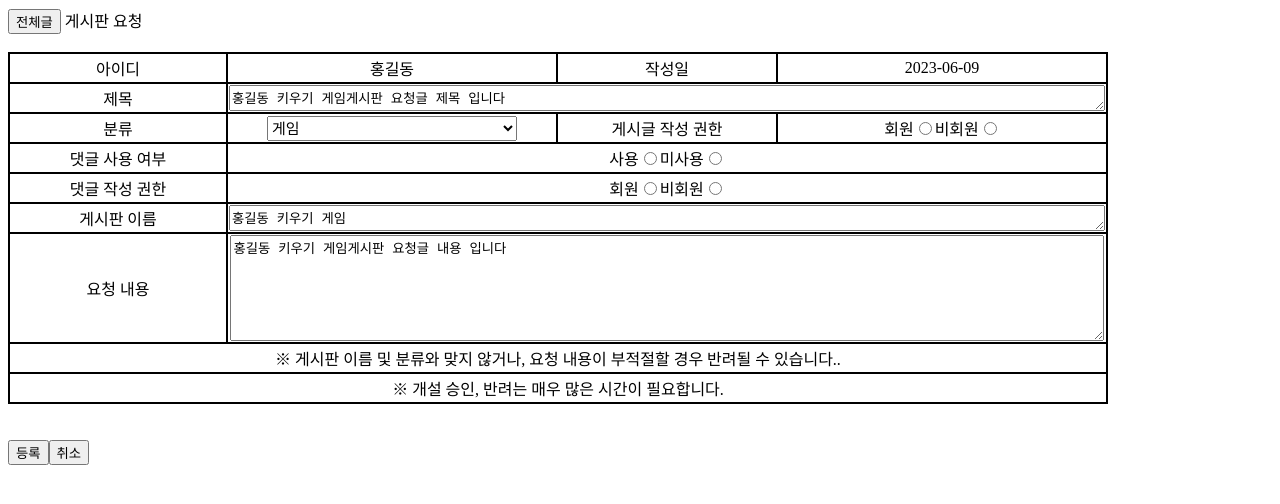
Repository: LJzero-dev/java-study
Page: http://localhost/ktbwos/bbs/request_view.jsp
An editor plug-in stored every save of this project. The page is shown before and after the next save, followed by the edit.
The browser window is 1280 px wide. The pictures show the whole page.
The page is served by Tomcat 9. Other server files are loaded and not shown.

Above is the page before, as saved 2023-06-11 11:05:51.

### web/ktbwos/WebContent/bbs/request_view.jsp
<%@ page language="java" contentType="text/html; charset=UTF-8" pageEncoding="UTF-8"%>
<!DOCTYPE html PUBLIC "-//W3C//DTD HTML 4.01 Transitional//EN" "http://www.w3.org/TR/html4/loose.dtd">
<html>
<head>
<meta http-equiv="Content-Type" content="text/html; charset=UTF-8">
<style>
	a:link { color:black; text-decoration:none; }
	a:visited { color:black; text-decoration:none; }
	a:hover { color:black; text-decoration:underline; }
	table, th, td {
	border:2px solid black;
	border-collapse : collapse;
	}
	tr { height:30px;}
	th { background-color:#5B9BD5; color:white;}
	td { text-align:center;}
</style>
<title>Insert title here</title>
</head>
<body>

<div width="1100">
<input type="button" value="전체글">  게시판 요청<br /><br />
<form action="">
	<table width="1100" >
		<tr>
			<td width="20%">아이디</td>
			<td width="30%">홍길동</td>
			<td width="20%">작성일</td>
			<td width="30%">2023-06-09</td>
		</tr>
		<tr>
			<td>제목</td>
			<td colspan="3"><textarea style="width:870px; height:20px">홍길동 키우기 게임게시판 요청글 제목 입니다</textarea></td>
		</tr >
		<tr>
			<td>분류</td>
			<td>
				<select name="rl_ctgr" style="width:250px; height:25px; font-size:15px;">
					<option value="a" >게임</option>
					<option value="b" >연예</option>
					<option value="c" >스포츠</option>
				</select>
			</td>
			<td>게시글 작성 권한</td>
			<td><label>회원<input type="radio" name="rl_write" value="y" /></label><label>비회원<input type="radio" name="rl_write" value="n" /></label></td>
		</tr>
		<tr>
			<td>댓글 사용 여부</td>
			<td colspan="3"><label>사용<input type="radio" name="rl_reply_use" value="y" /></label><label>미사용<input type="radio" name="rl_reply_use" value="n" /></label>
            </td>
		</tr>

		<tr>
			<td>댓글 작성 권한</td>
			<td colspan="3"><label>회원<input type="radio" name="rl_reply_write" value="y" /></label><label>비회원<input type="radio" name="rl_reply_write" value="n" /></label>
            </td>
		</tr>

		<tr>
			<td>게시판 이름</td>
			<td colspan="3"><textarea style="width:870px; height:20px">홍길동 키우기 게임</textarea></td>
		</tr>
		<tr>
			<td>요청 내용</td>
			<td colspan="3"><textarea style="width:99%; height:100px">홍길동 키우기 게임게시판 요청글 내용 입니다</textarea></td>
		</tr>
		<tr>
			<td colspan="4">※ 게시판 이름 및 분류와 맞지 않거나, 요청 내용이 부적절할 경우 반려될 수 있습니다..</td>
		</tr>
		<tr>
			<td colspan="4">※ 개설 승인, 반려는 매우 많은 시간이 필요합니다.</td>
		</tr>
	</table><br /><br />
	<input type="submit" value="등록"><input type="button" value="취소">
</form>
</div>
</body>
</html>

After the next save:
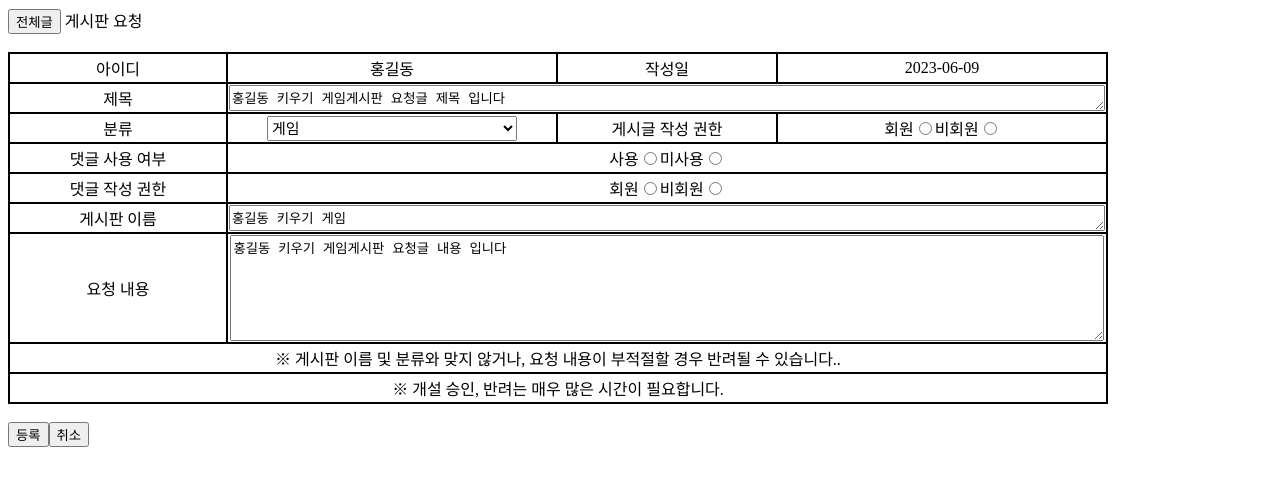
Saved 14 s later.
--- a/web/ktbwos/WebContent/bbs/request_view.jsp
+++ b/web/ktbwos/WebContent/bbs/request_view.jsp
@@ -71,7 +71,7 @@
 		<tr>
 			<td colspan="4">※ 개설 승인, 반려는 매우 많은 시간이 필요합니다.</td>
 		</tr>
-	</table><br /><br />
+	</table><br />
 	<input type="submit" value="등록"><input type="button" value="취소">
 </form>
 </div>
